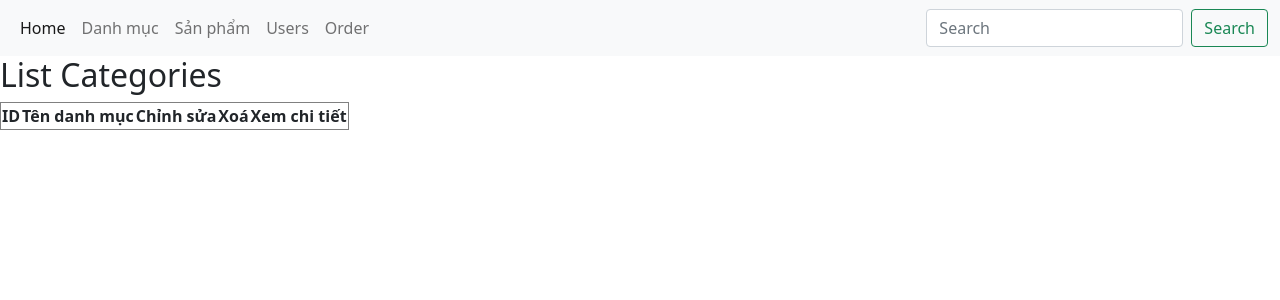
Repository: ThanhNghiadn03/Website-1-JSP-Servlet
Page: http://localhost/new-web-ban-sach/admin-home?action=categories
An editor plug-in stored every save of this project. The page is shown before and after the next save, followed by the edit.
The browser window is 1280 px wide. The pictures show the whole page.
The page is served by Tomcat 9. Queries for data that is not in the repository find no rows.

Above is the page before, as saved 2023-04-28 07:36:11.

After the next save:
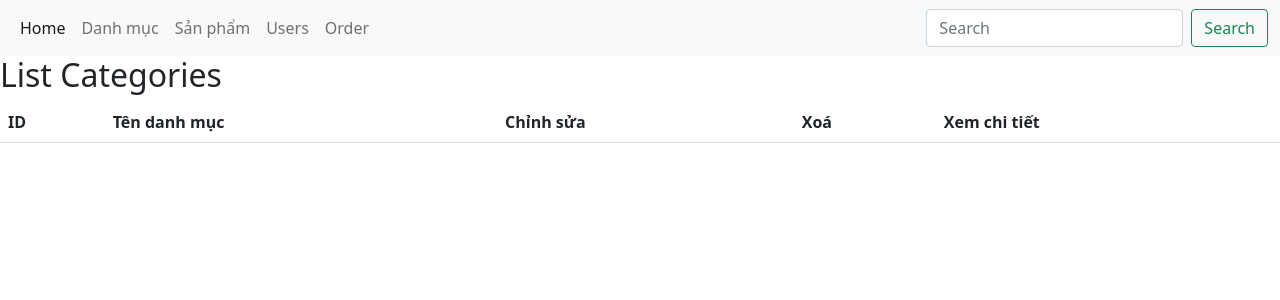
Saved 8 h 14 min later.
--- a/Project/new-web-ban-sach/src/main/webapp/views/admin/jsp-categories/categories.jsp
+++ b/Project/new-web-ban-sach/src/main/webapp/views/admin/jsp-categories/categories.jsp
@@ -49,7 +49,7 @@
 	</div>
 	<h2>List Categories</h2>
 	<div>
-		<table border="1">
+		<table class="table">
 			<tr>
 				<th>ID</th>
 				<th>Tên danh mục</th>
